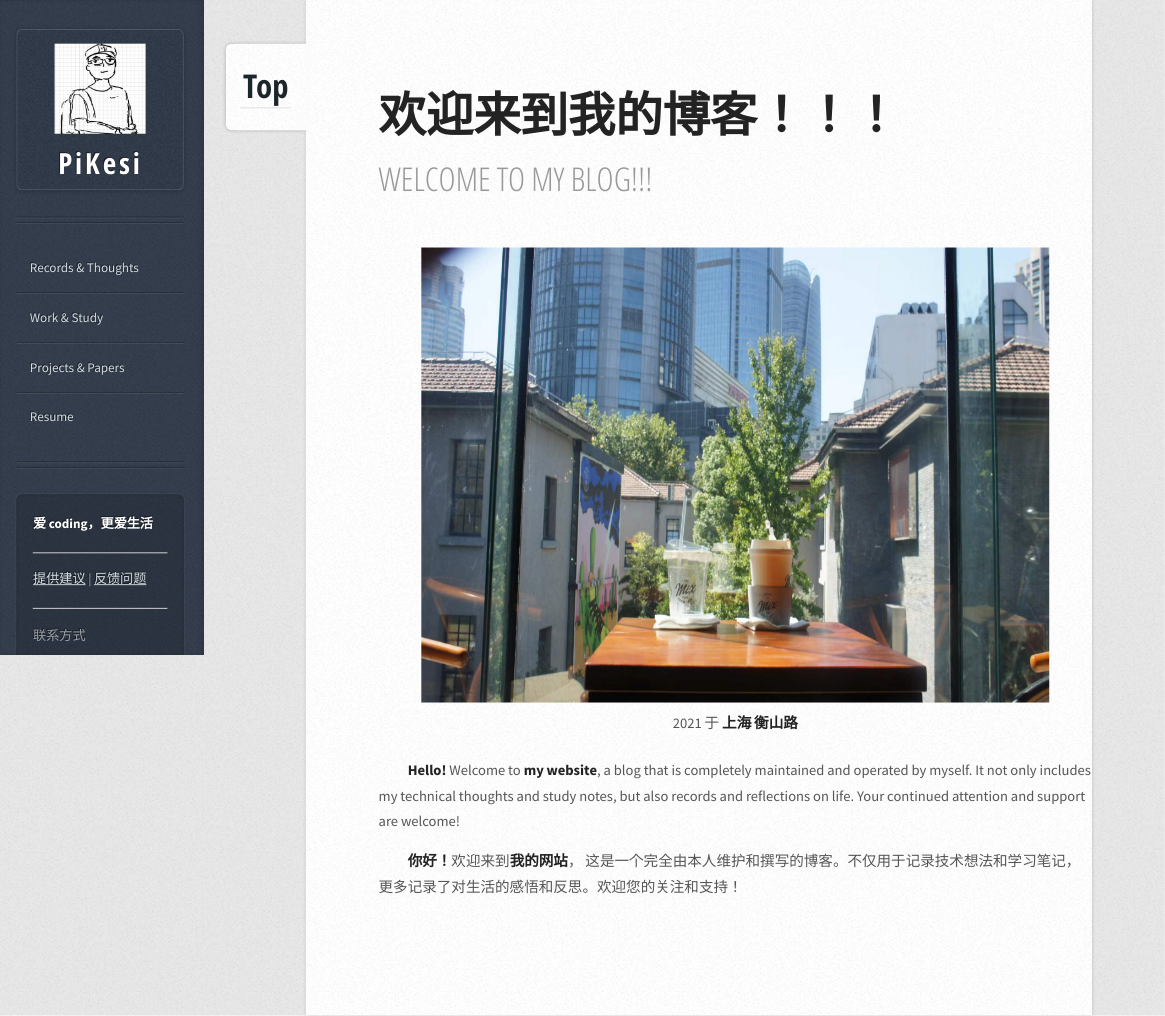
Repository: PiKesi522/PiKesi522.github.io
Page: index.html
The author's editor kept a copy of each file at every save. The page is drawn from the files as they stood at one save, then again after the next save.
The browser window is 1280 px wide. The pictures show the whole page, at 91% of full size.

Above is the page before, as saved 2023-04-11 14:07:16.

After the next save:
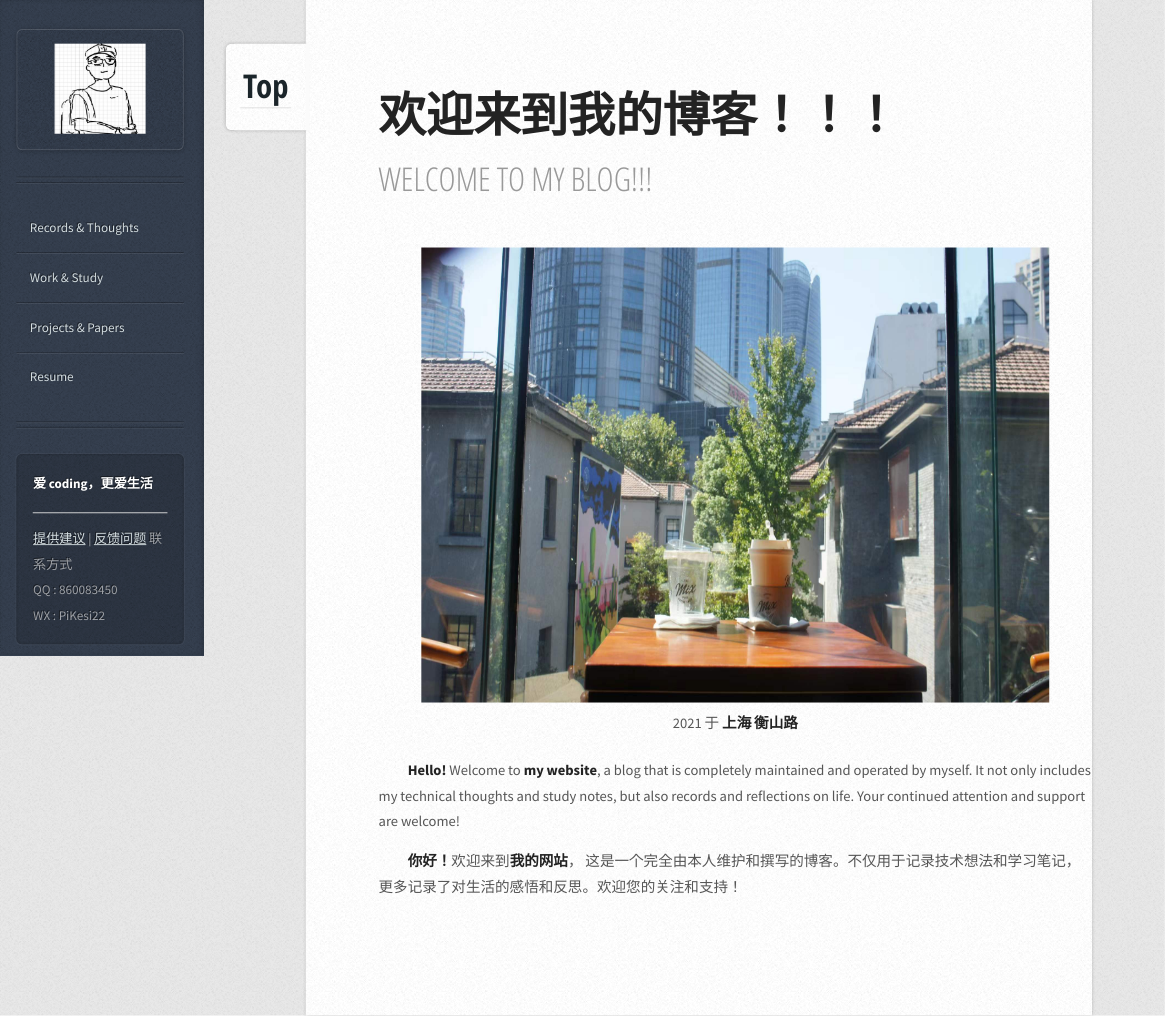
Saved 12 min 15 s later.
--- a/index.html
+++ b/index.html
@@ -73,9 +73,9 @@
 		<h1 id="logo">
 			<a href="index.html">
 				<img style="width: 100px;" src="assets/images/icon1.jpg" alt="Avator">
-				<div style="margin: 0.5em 0 0 0;">
+				<!-- <div style="margin: 0.5em 0 0 0;">
 					PiKesi
-				</div>
+				</div> -->
 			</a>
 		</h1>
 
@@ -99,7 +99,6 @@
 					<hr>
 					<a href="https://github.com/PiKesi522/PiKesi522.github.io/issues">提供建议</a> |
 					<a href="https://github.com/PiKesi522/PiKesi522.github.io/issues">反馈问题</a>
-					<hr>
 					联系方式
 					<br />
 					QQ : 860083450
